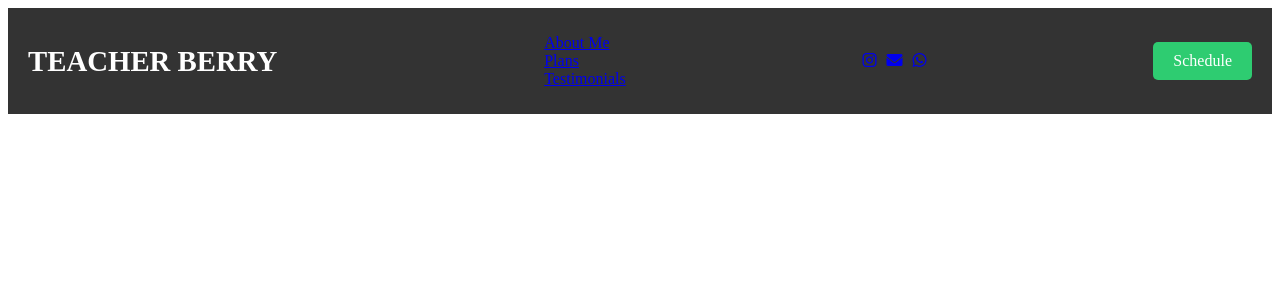
Repository: ntandomagana/esl-landing-page
Page: index.html
An editor plug-in stored every save of this project. The page is shown before and after the next save, followed by the edit.
The browser window is 1280 px wide. The pictures show the whole page.

Above is the page before, as saved 2024-07-16 22:59:53.

After the next save:
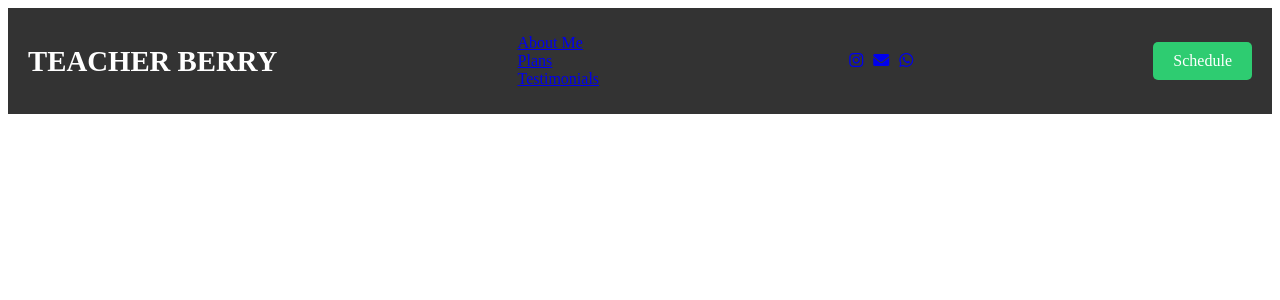
Saved 4 s later.
--- a/index.css
+++ b/index.css
@@ -17,7 +17,7 @@
 
 nav ul {
     list-style-type: none;
-    padding-right: ;
+    padding: 0;
 }
 
 .social-links {
